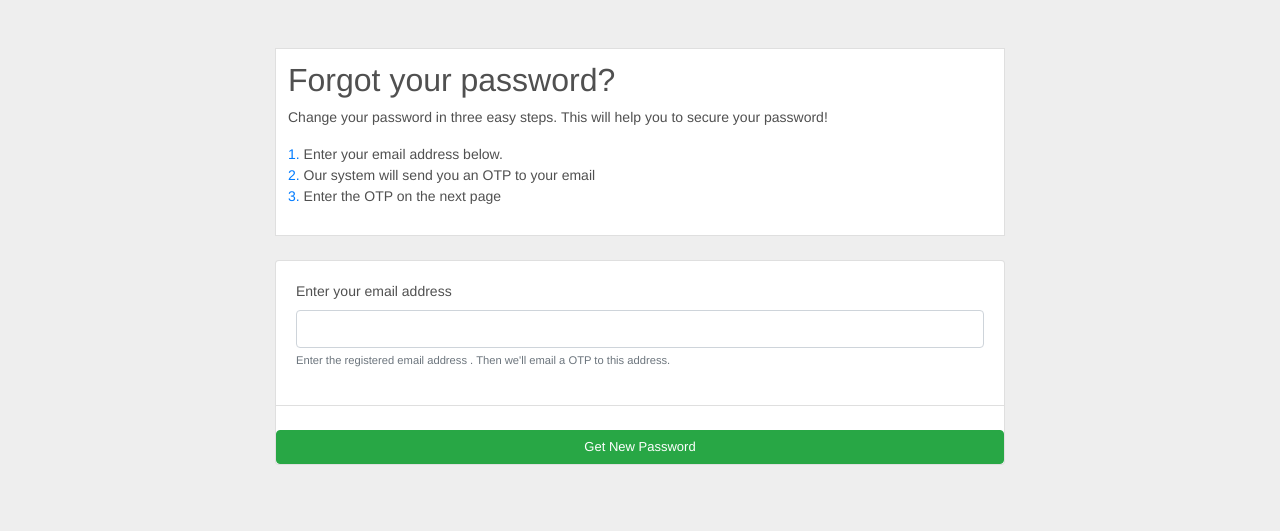
Repository: Hammam0827/maven-jenkins-exercise
Page: http://localhost/devops_project/forgotPassword.jsp
An editor plug-in stored every save of this project. The page is shown before and after the next save, followed by the edit.
The browser window is 1280 px wide. The pictures show the whole page.
Some web libraries are served in a nearby version. The page is served by Tomcat 9.

Above is the page before, as saved 2022-12-01 10:47:53.

After the next save:
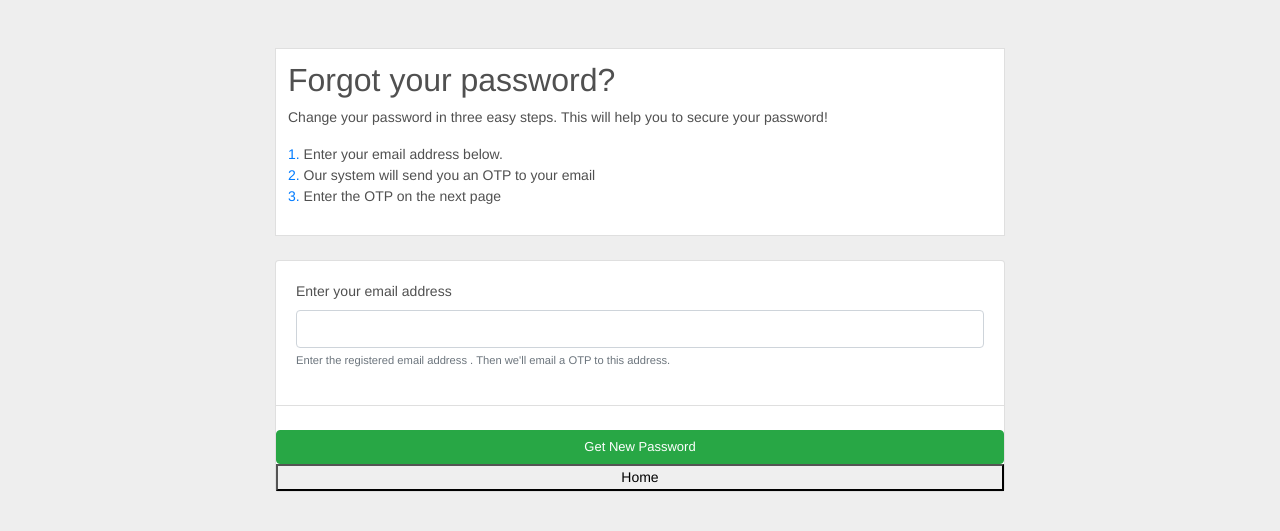
Saved 6 s later.
--- a/devops_project/src/main/webapp/forgotPassword.jsp
+++ b/devops_project/src/main/webapp/forgotPassword.jsp
@@ -84,6 +84,9 @@
 					</div>
 					<button class="btn btn-success" type="submit">Get New
 							Password</button>
+							<form action="/devops_project/login.jsp" class="inline">
+						<button class="float-left submit-button">Home</button>
+					</form>
 
 
 

After the save that followed:
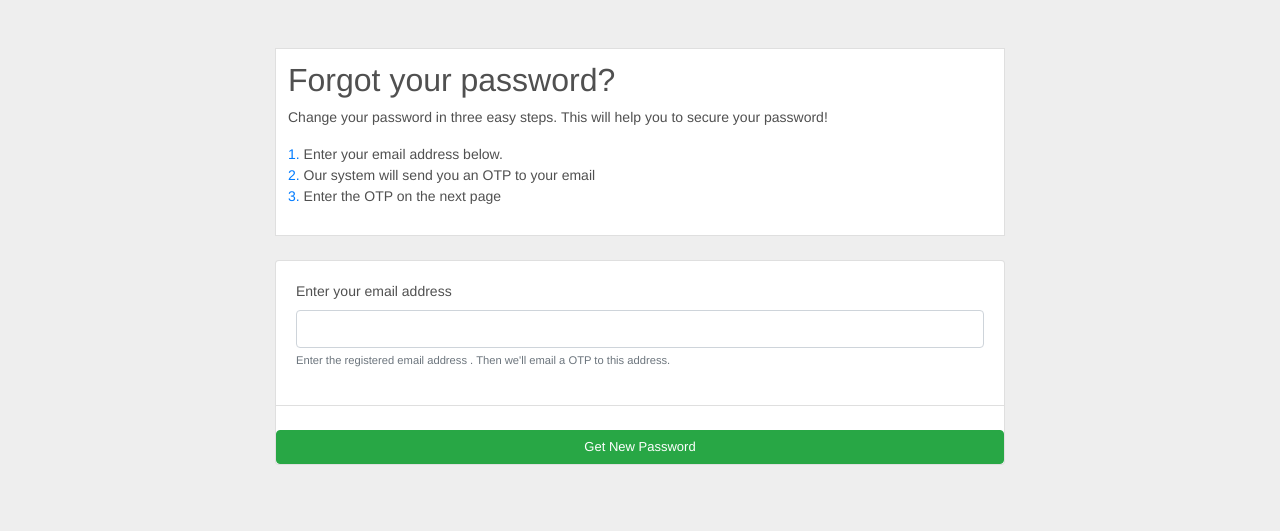
Saved 14 s later.
--- a/devops_project/src/main/webapp/forgotPassword.jsp
+++ b/devops_project/src/main/webapp/forgotPassword.jsp
@@ -84,9 +84,7 @@
 					</div>
 					<button class="btn btn-success" type="submit">Get New
 							Password</button>
-							<form action="/devops_project/login.jsp" class="inline">
-						<button class="float-left submit-button">Home</button>
-					</form>
+
 
 
 
